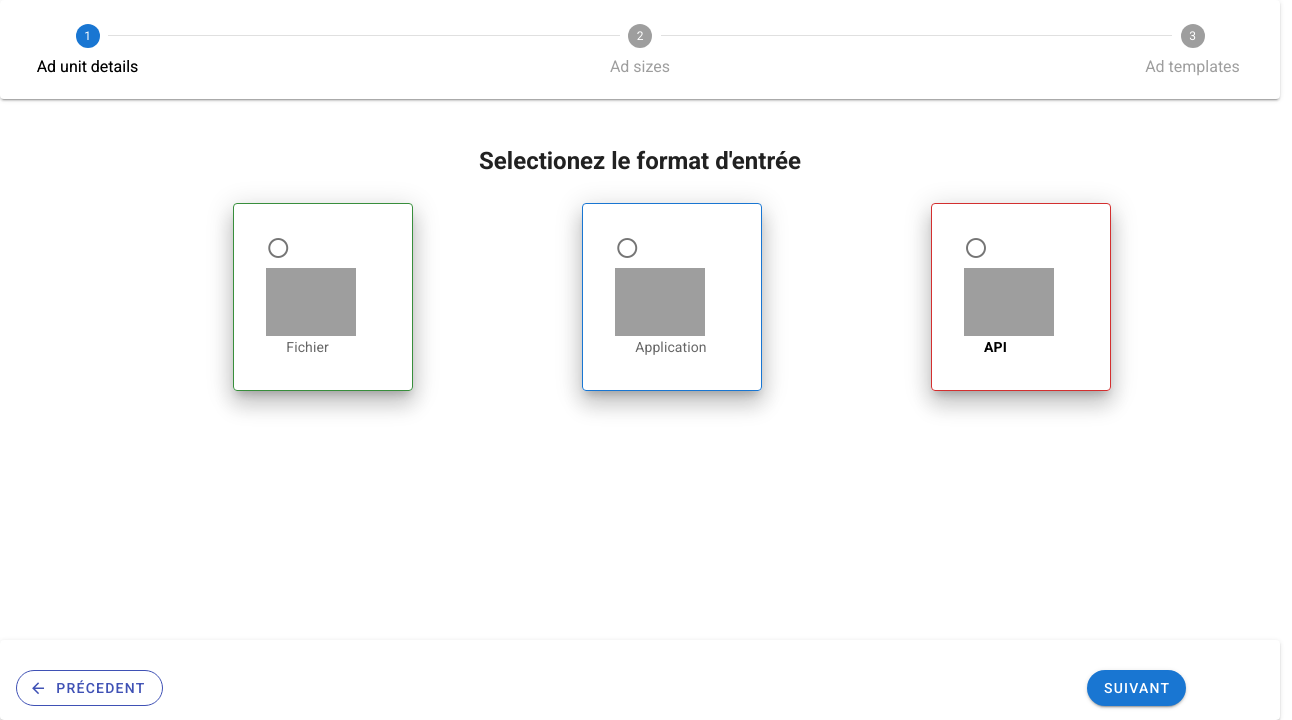
Repository: SidneyHodieb/myc
Page: /addsource/format
These files come from the project's save history. The page is drawn as it stood at one moment and after the next save; the edit follows.
The browser window is 1280 px wide. The page is 1292 px wide, so the pictures cover 1292 px, including what lies to the right of the window. The pictures show the whole page.
Pictures or frames that could not be fetched are drawn as grey boxes. The project was rebuilt for these pictures with package versions that can differ from the ones it lists, and the page was loaded fresh each time. Also part of the build but not shown: vue.config.js, src/views/Home.vue, src/views/addSource/components/card.vue, src/views/addSource/components/trigger.vue.

Above is the page before, as saved 2021-04-05 07:35:24.

After the next save:
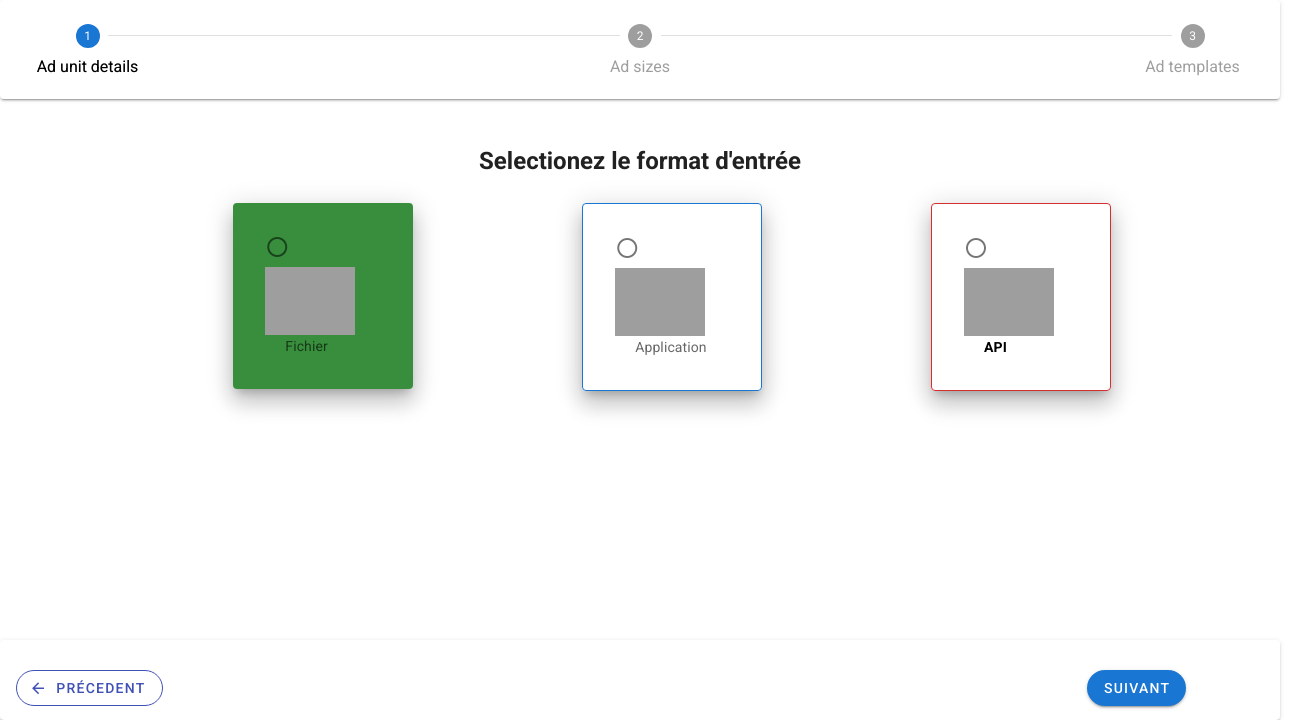
Saved 23 s later.
--- a/src/views/addSource/components/format.vue
+++ b/src/views/addSource/components/format.vue
@@ -6,7 +6,7 @@
       </v-col>
       <v-col offset-md="2">
         <v-card elevation="14" width="180">
-          <v-alert :outlined="sourceFormat ? 'false' : 'false'" color="green darken-2">
+          <v-alert  color="green darken-2">
           <v-card-text>
             <v-radio
                 color="green"

After the save that followed:
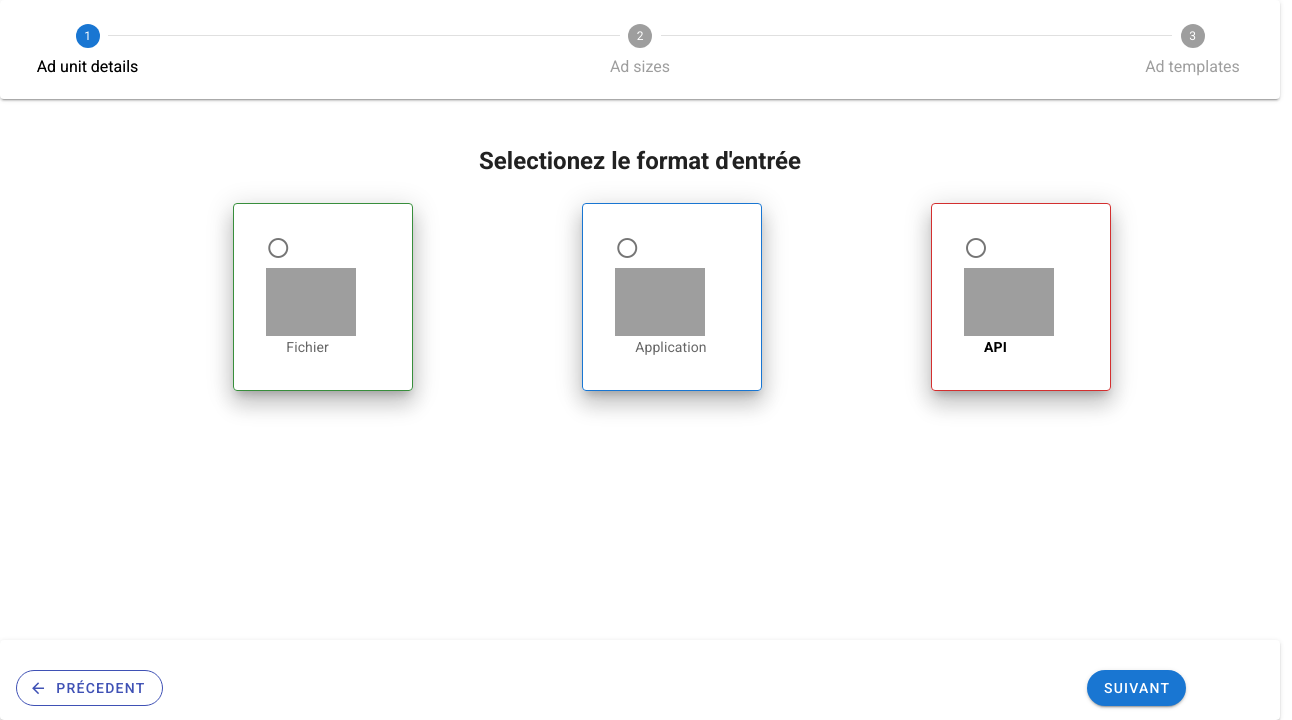
Saved 32 s later.
--- a/src/views/addSource/components/format.vue
+++ b/src/views/addSource/components/format.vue
@@ -6,7 +6,7 @@
       </v-col>
       <v-col offset-md="2">
         <v-card elevation="14" width="180">
-          <v-alert  color="green darken-2">
+          <v-alert outlined="alse" color="green darken-2">
           <v-card-text>
             <v-radio
                 color="green"
